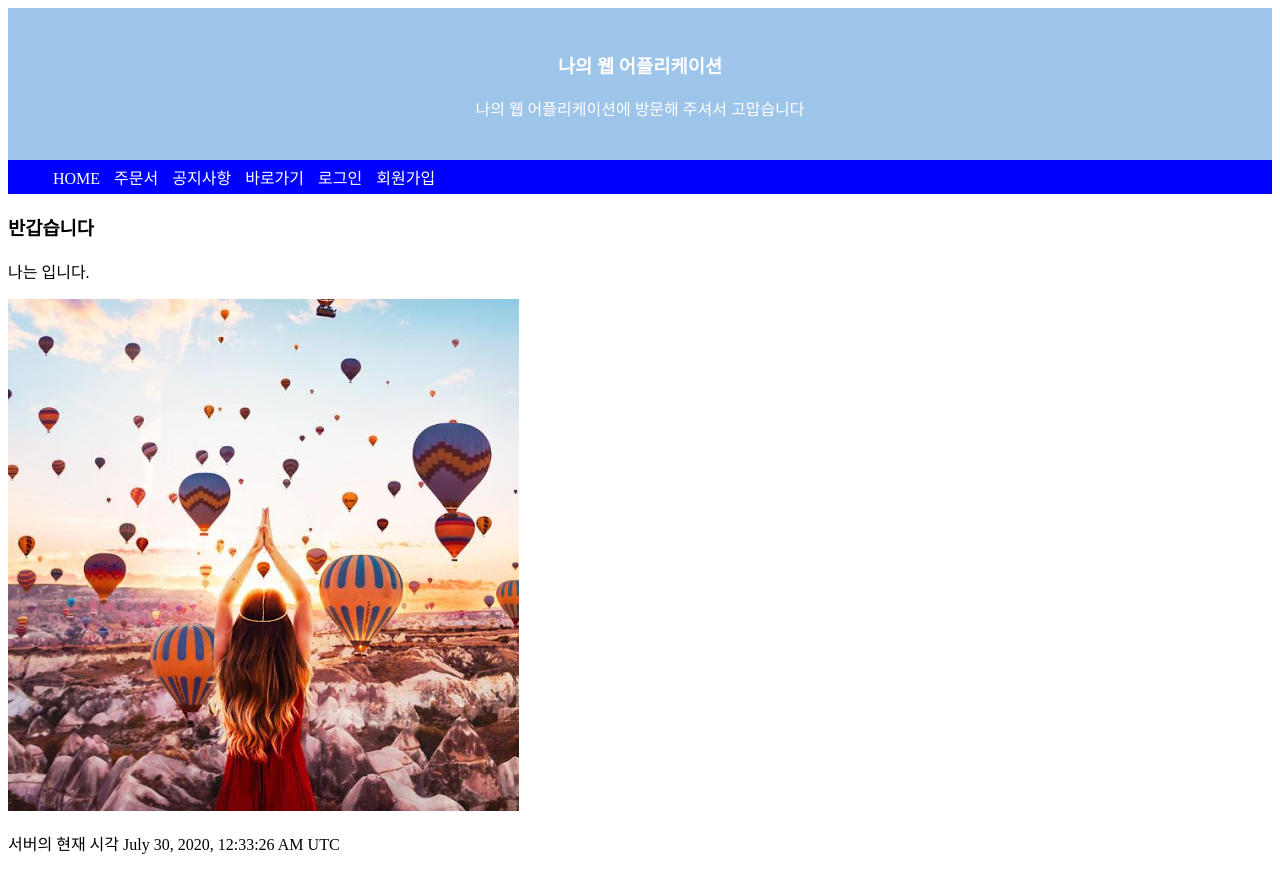
Repository: haetsalshin/Biz_506_2020_07_SpringMVC
Page: http://localhost/SpMVC_001_Order/
These files come from the project's save history. The page is drawn as it stood at one moment and after the next save; the edit follows.
The browser window is 1280 px wide. The pictures show the whole page.
The page is served by Tomcat 9. The template is opened directly, without the code that normally fills it, so the values that code supplies are empty.

Above is the page before, as saved 2020-07-30 02:08:27.

After the next save:
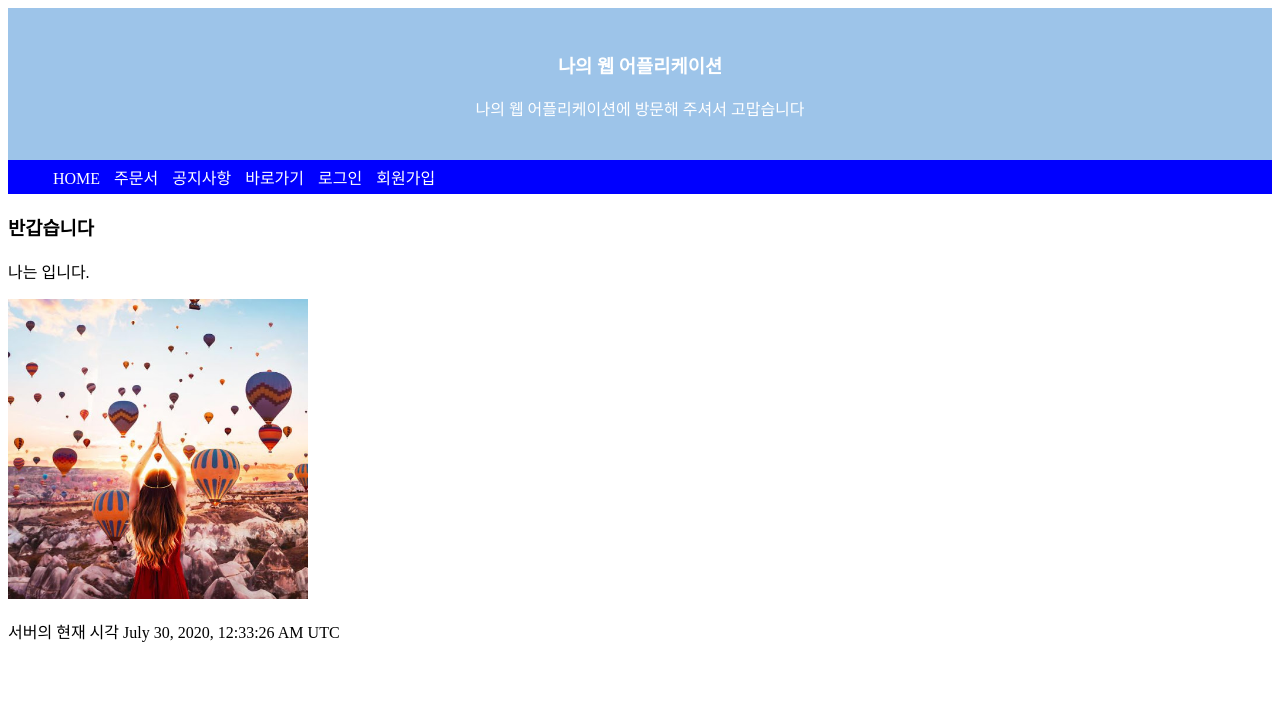
Saved 31 s later.
--- a/SpMVC_001_Order/src/main/webapp/WEB-INF/views/home.jsp
+++ b/SpMVC_001_Order/src/main/webapp/WEB-INF/views/home.jsp
@@ -22,7 +22,7 @@
 
 	</section>
 	<section>
-		<img src ="resources/images/turkey.jpg" alt ="터키 사진" >
+		<img src ="resources/images/turkey.jpg" alt ="터키 사진" width="300px" >
 
 
 	</section>
